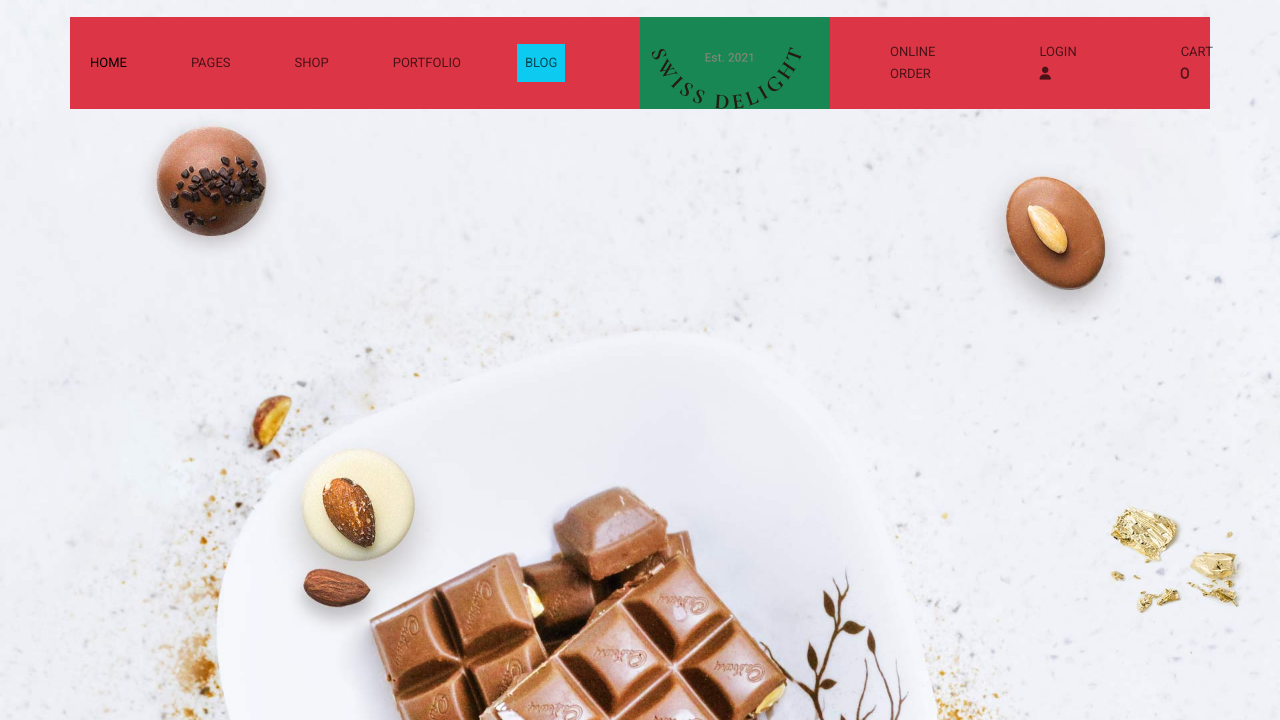
Repository: HadelAbdellatif/Project1
Page: index.html
An editor plug-in stored every save of this project. The page is shown before and after a run of saves, followed by the edit.
The browser window is 1280 px wide. The pictures show the whole page.

Above is the page before, as saved 2023-10-13 22:28:09.
Console error: TypeError: Cannot read properties of null (reading 'addEventListener')

### index.html
<!doctype html>
<html lang="en">

<head>
  <meta charset="utf-8">
  <meta name="viewport" content="width=device-width, initial-scale=1">
  <title>Bootstrap demo</title>

  <!-- Bootsrap 5.3 -->
  <link href="assets/css/bootstrap.min.css" rel="stylesheet">


  <!-- fontawesome 6.4 -->
  <link href="assets/css/all.min.css" rel="stylesheet">

  <!-- Custom css -->
  <link href="assets/css/style.css" rel="stylesheet">

  <!-- Media -->
  <link href="assets/css/media.css" rel="stylesheet">


</head>

<body>

  <!-- Start Navbar -->

  <nav class="navbar navbar-expand-lg bg-transparent fixed-top">
    <div class="container bg-danger ">
      <div class="collapse navbar-collapse" id="navbarSupportedContent">

        <div class="row d-flex">
          <div class="col-md-6 d-flex">
            <ul class="navbar-nav mb-2 mb-lg-0 gap-5 justify-content-center align-items-center">
              <li class="nav-item">
                <a class="nav-link active" aria-current="page" href="#home">HOME</a>
              </li>
              <li class="nav-item">
                <a class="nav-link" href="#pages">PAGES</a>
              </li>
              <li class="nav-item">
                <a class="nav-link" href="#shop">SHOP</a>
              </li>
              <li class="nav-item">
                <a class="nav-link" href="#portfolio">PORTFOLIO</a>
              </li>
              <li class="nav-item">
                <a class="nav-link bg-info" href="#blog">BLOG</a>
              </li>
            </ul>
          </div>

          <div class="col-md-2 bg-success pt-0">
            <a class="nav-item">
              <img src="assets/img/logo-swiss-1.png" width="150px" height="92px" class="ps-0 img-fluid" alt="Logo" />
            </a>
          </div>

          <div class="col-md-4 d-flex">
            <ul class="navbar-nav ms-auto mb-2 mb-lg-0 gap-5 justify-content-center align-items-center">
              <li class="nav-item">
                <a class="nav-link ps-5" href="#onlineOrder">ONLINE ORDER</a>
              </li>
              <li class="nav-item">
                <a class="nav-link ps-5" href="#login">
                  <span>LOGIN</span>
                  <i class="fa-solid fa-user"></i>
                </a>
              </li>
              <li class="nav-item">
                <a class="nav-link ps-5" href="#cart">
                  <span>CART</span>
                  <i class="fa-solid fa-0"></i>
                </a>
              </li>
              <li class="nav-item">
                <a class="nav-link ps-5" href="#more"><i class="fa-solid fa-bars"></i></a>
              </li>
            </ul>
          </div>

        </div>

      </div>
    </div>
  </nav>

  <!-- End of Navbar -->

  <!-- Start header section -->

  <header class="vh-100">

  </header>

  <!-- End header section -->




  <!-- Bootstrap 5.3 -->
  <script src="assets/js/bootstrap.bundle.min.js"></script>

  <!-- Java Script -->
  <script src="assets/JavaScript/JavaScript.js"></script>
</body>

</html>

### assets/css/style.css
/* font-family: 'Heebo', sans-serif; */
@import url('https://fonts.googleapis.com/css2?family=Heebo&display=swap');

/* font-family: 'Cormorant', serif; */
@import url('https://fonts.googleapis.com/css2?family=Cormorant:ital,wght@0,300;1,300&family=Heebo&display=swap');

/* main color */
:root{
    --main-color: #241c10;
}

.bg-main-color{
    background-color: #988779;
}

.text-main-color{
    color: var(--main-color);
}

.border-main-color{
    border-color: var(--main-color)  !important;
}

/* Start Navbar */

.navbar{
    font-family: 'Heebo', sans-serif;
    font-weight: 400;
    font-size: 13px;
    line-height: 22px;
    color: var(--main-color);
    height: 125px;
}


/* End Navbar */

/* Start header */

header{
    background-image: url('../img/h1-rev-img1-2.jpg');
    background-size: cover;
    background-repeat: no-repeat;
    background-position: center;
}

/* End header */

### assets/css/media.css
@media (max-width:991px){

    .nav-item{
        width: fit-content;
    }

}

@media (max-width:768px){

    .about .count{
        border: none !important;
    }

    .cv .download{
        text-align: center !important;
        margin-bottom: 2rem !important;
    }

    .cv .brands{
        justify-content: center !important;
    }
}


@media (max-width:568px){

    header{
        background-position-x:-235px;
    }

    .header-content{
        align-items: start !important;
    }

    h1{
        font-size: 45px;
    }

    .contact p, .contact form{
        width: 100% !important;
    }

}

### assets/JavaScript/JavaScript.js
// *************  Start Loading ************* //

const loading = document.querySelector('.loading');

window.addEventListener('load', function(){
     this.setTimeout(function(){
        loading.classList.add('opacity-0', 'invisible');
        document.body.style.overflow = 'auto';
     }, 2000)
})

// *************  End of Loading ************* //

// *************  Start scroll-to-top ************* //

const ScrollToTop = document.querySelector('.scroll-to-top');
const aboutSection = document.querySelector('.about');

ScrollToTop.addEventListener('click', function(){
    window.scroll({
        top:0,
        behavior:"smooth"
    })
})

// *************  End scroll-to-top ************* //

// *************  Start Navbar ************* //

const navbar = document.querySelector('.navbar');
const headerContenth = document.querySelector('.header-content h3');

navbar.style.transition = '0.4s background-color';

window.addEventListener('scroll', function(){
    if(window.scrollY > headerContenth.offsetTop){
         navbar.style.backgroundColor = "#fff";
    }
    else{
        navbar.style.backgroundColor = "transparent";
    }
    if(window.scrollY > aboutSection.offsetTop){
        ScrollToTop.classList.remove('opacity-0', 'invisible');
    }
    else{
        ScrollToTop.classList.add('opacity-0', 'invisible');
    }
})

// *************  End of Navbar ************* //

// *************  Start Links ************* //

const NavLinks = document.querySelectorAll('.nav-link');

for(let i=0 ; i<NavLinks.length ; i++){
    NavLinks[i].addEventListener('click', function(e){
        e.preventDefault();

        document.querySelector('.nav-link.active').classList.remove('active');

       // for(let j=0 ; j<NavLinks.length ; j++){
        //    NavLinks[j].classList.remove('active');
       // }

        NavLinks[i].classList.add('active');
        let currentID = this.getAttribute('href');
        let targerSection = document.querySelector(currentID);
        window.scroll({
            top:targerSection.offsetTop,
            behavior:"smooth"
        })
    })
}

// *************  End of Links ************* //

Loaded but not shown: assets/css/bootstrap.min.css (library); assets/css/all.min.css (library); assets/js/bootstrap.bundle.min.js (library)

After the next 3 saves:
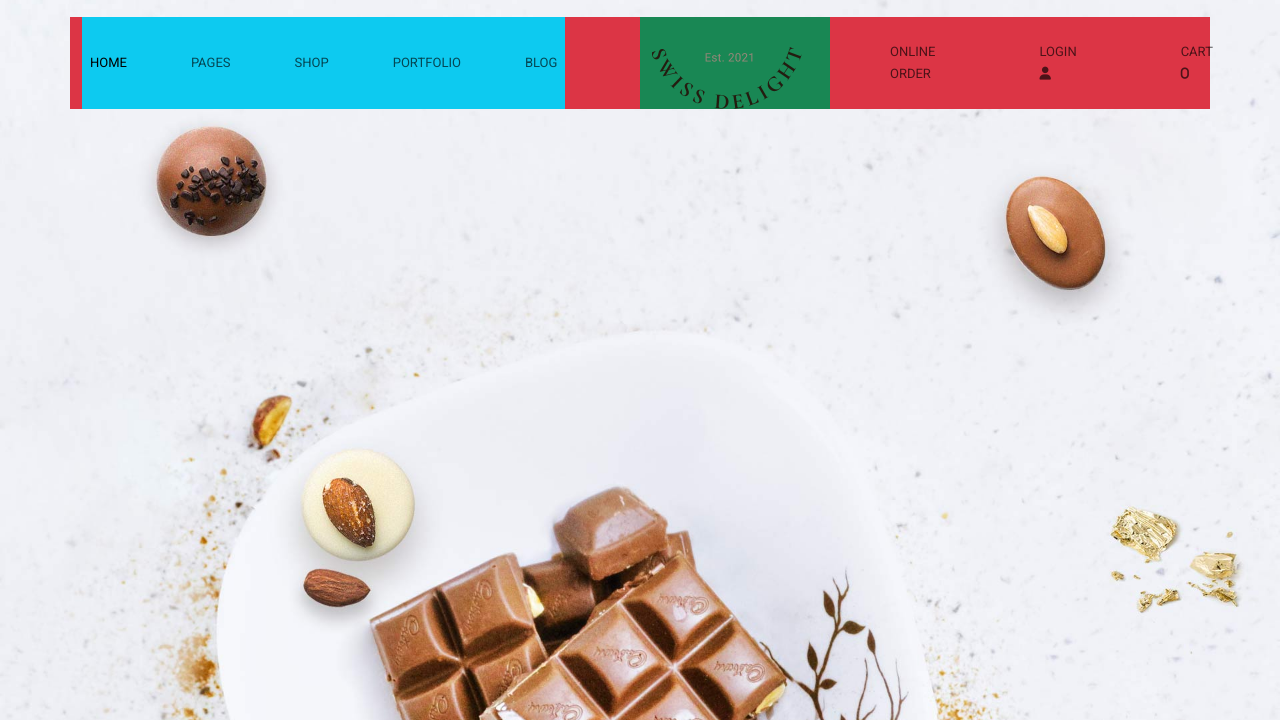
The 3 saves are shown as one change because they came seconds apart.
The last was saved 19 s later.
--- a/index.html
+++ b/index.html
@@ -32,7 +32,7 @@
 
         <div class="row d-flex">
           <div class="col-md-6 d-flex">
-            <ul class="navbar-nav mb-2 mb-lg-0 gap-5 justify-content-center align-items-center">
+            <ul class="navbar-nav mb-2 mb-lg-0 gap-5 justify-content-center align-items-center bg-info">
               <li class="nav-item">
                 <a class="nav-link active" aria-current="page" href="#home">HOME</a>
               </li>
